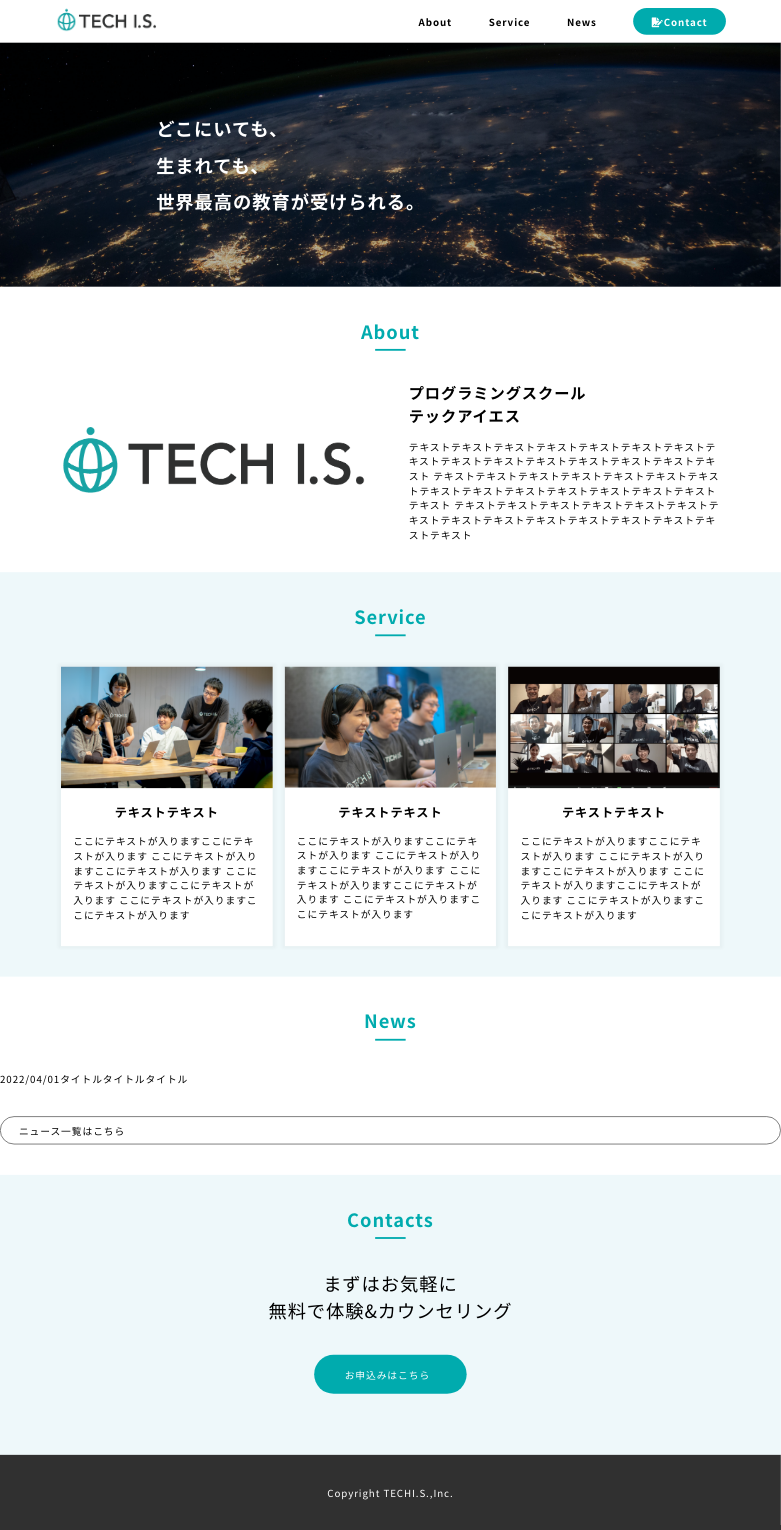
Repository: ryunoesta/lp-techis
Page: indx.html
These files come from the project's save history. The page is drawn as it stood at one moment and after the next save; the edit follows.
The browser window is 1280 px wide. The pictures show the whole page, at 61% of full size.

Above is the page before, as saved 2022-06-19 23:17:34.

### indx.html
<!DOCTYPE html>
<html lang="ja">
<head>
    <meta charset="UTF-8">
    <meta http-equiv="X-UA-Compatible" content="IE=edge">
    <meta name="viewport" content="width=device-width, initial-scale=1.0">
    <!-- reset css -->
    <link rel="stylesheet" href="./CSS/reset.css">
    <!-- style css -->
    <link rel="stylesheet" href="./CSS/style.css">
    <!-- fontawesome -->
    <link rel="stylesheet" href="https://use.fontawesome.com/releases/v5.15.1/css/all.css">
    <title>プログラミングスクール テックアイエス</title>
</head>
<body>
    <!-- header -->
    <header class="header">
        <h1 class="logo">
            <img src="./img/logo.png" alt="ロゴ画像">
        </h1>
        <ul class="menu-pc">
            <li><a href="#">About</a></li>
            <li><a href="#">Service</a></li>
            <li><a href="#">News</a></li>
            <!-- リンク先追加 -->
            <li><a href="contact"><i class="fas fa-file-signature"></i>Contact</a></li>
        </ul>
    </header>

    <!-- main -->
    <main>
        <!-- fv -->
        <section class="front-fv">
            <img src="./img/top1.png" alt="ファーストビュー">
            <h2>どこにいても、
                <br>
                生まれても、
                <br>
                世界最高の教育が受けられる。
            </h2>
        </section>

        <!-- about -->
        <section class="front-about">
            <h2 class="front-common__title">
                About
            </h2>
            <ul class="front-about__list">
                <li class="front-about__item"><img src="./img/logo.png" alt="ロゴ画像"></li>
                <li class="front-about__item">
                    <div class="front-about_txt">
                        <h3>
                            プログラミングスクール
                            <br>
                            テックアイエス
                        </h3>
                        <p>テキストテキストテキストテキストテキストテキストテキストテキストテキストテキストテキストテキストテキストテキストテキスト テキストテキストテキストテキストテキストテキストテキストテキストテキストテキストテキストテキストテキストテキストテキスト テキストテキストテキストテキストテキストテキストテキストテキストテキストテキストテキストテキストテキストテキストテキスト</p>
                    </div>
                </li>
            </ul>
        </section>

        <!-- service -->
        <section class="front-service">
            <div class="front-service__inner">
                <h2 class="front-common__title">
                    Service
                </h2>
                <ul class="front-service__list">
                    <li class="front-service__item">
                        <img src="./img/service1.png" alt="サービス１">
                        <h3>テキストテキスト</h3>
                        <p>
                            ここにテキストが入りますここにテキストが入ります ここにテキストが入りますここにテキストが入ります
                            ここにテキストが入りますここにテキストが入ります ここにテキストが入りますここにテキストが入ります
                        </p>
                    </li>
                    <li class="front-service__item">
                        <img src="./img/service2.png" alt="サービス２">
                        <h3>テキストテキスト</h3>
                        <p>
                            ここにテキストが入りますここにテキストが入ります ここにテキストが入りますここにテキストが入ります
                            ここにテキストが入りますここにテキストが入ります ここにテキストが入りますここにテキストが入ります
                        </p>
                    </li>
                    <li class="front-service__item">
                        <img src="./img/service3.png" alt="サービス３">
                        <h3>テキストテキスト</h3>
                        <p>
                            ここにテキストが入りますここにテキストが入ります ここにテキストが入りますここにテキストが入ります
                            ここにテキストが入りますここにテキストが入ります ここにテキストが入りますここにテキストが入ります
                        </p>
                    </li>
                </ul>
            </div>
        </section>

        <!-- news -->
        <section class="front-news">
            <h2 class="front-common__title">
                News
            </h2>
            <time datetime="2022/04/01"><span class="front-news__date">2022/04/01</span>タイトルタイトルタイトル</time>
            <div class="front-news__btn">ニュース一覧はこちら</div>
        </section>

        <!-- contact -->
        <section class="front-contact">
            <h2 class="front-common__title">
                Contacts
            </h2>
            <h3>
                まずはお気軽に
                <br>
                無料で体験&カウンセリング
            </h3>
            <div class="front-contact__btn">お申込みはこちら</div>
        </section>
    </main>

    <!-- footer -->
    <footer class="footer">
        <!-- footerはブロックレベル要素  -->
        <p>
            <small>Copyright TECHI.S.,Inc.</small>
        </p>
    </footer>
</body>
</html>

### CSS/reset.css
*, *::before, *::after {
    box-sizing: border-box;
}
html, body, div, span, applet, object, iframe, h1, h2, h3, h4, h5, h6, p, blockquote, pre, a,
abbr, acronym, address, big, cite, code, del, dfn, em, font, ins, kbd, q, s, samp, small, strike,
strong, sub, sup, tt, var, dl, dt, dd, ol, ul, li, fieldset, form, label, legend, table,
caption, tbody, tfoot, thead, tr, th, td {
    border: 0;
    font-size: 100%;
    font-weight: inherit;
    margin: 0;
    outline: 0;
    padding: 0;
    vertical-align: baseline;
}
body {
    width: 100%;
    height: 100%;
    margin: 0 auto;
    letter-spacing: 1.5px;
    line-height: 1.5;
}
img {
    width: 100%;
    height: 100%;
    top: 0;
    left: 0;
    object-fit: cover;
}
a {
    color: black;
    text-decoration: none;
}
ol, ul {
    list-style: none;
}
table {
    border-collapse: separate;
    border-spacing: 0;
}

### CSS/style.css
/* フォントの設定 */
@import url('https://fonts.googleapis.com/css2?family=Noto+Sans+JP&display=swap');
html, body {
    font-size: 16px;
    font-family: 'Noto Sans JP', sans-serif;
}

/* header */
.header {
    display: flex;
    align-items: center;
    justify-content: space-between;
    max-width: 1100px;
    height: 70px;
    margin: auto;
}

.logo img {
    width: 170px;
    height: auto;
}

.menu-pc {
    display: flex;
    align-items: center;
}

.menu-pc li {
    margin: 0 30px;
}

.menu-pc a {
    font-weight: bold;
}

.menu-pc li:last-child {
    margin-right: 0;
}

.menu-pc li:last-child a {
    display: block;
    color: #fff;
    background: #00abae;
    padding: 10px 30px;
    border-radius: 50px;
}

/* footer */
.footer {
    padding: 50px;  /* paddingにautoはない */
    background: #303030;
}

.footer p {
    color: #fff;
    text-align: center;
}

/* fv */
.front-fv {
    position: relative;
    height: 400px;
}

.front-fv h2 {
    position: absolute;
    top: 50%;
    -webkit-transform: translateY(-50%);
    -moz-transform: translateY(-50%);
    -ms-transform: translateY(-50%);
    -o-transform: translateY(-50%);
    transform: translateY(-50%);
    left: 20%;
    color: #fff;
    font-size: 30px;
    font-weight: bold;
    line-height: 2;
}

/* common */
.front-common__title {
    position: relative;
    font-size: 30px;
    font-weight: bold;
    color: #00abae;
    text-align: center;
    margin-bottom: 50px;
    padding-bottom: 10px;
}

.front-common__title::before {
    position: absolute;
    bottom: 0;
    left: 50%;
    transform: translateX(-50%);
    content: "";
    border-bottom: 3px solid #00abae;
    width: 50px;
}

/* about */
.front-about {
    max-width: 1100px;
    margin: 50px auto;
}

.front-about__list {
    display: flex;
    align-items: center;
    justify-content:center;
}

.front-about__item {
    width: 50%;
}

.front-about__item h3 {
    font-size: 25px;
    font-weight: bold;
}

.front-about__item p {
    margin-top: 20px;
}

.front-about__item:first-child{
    margin-right: 30px;
}

.front-about__item:last-child{
    margin-left: 30px;
}

/* service */
.front-service {
    padding: 50px 0;
    background: #eef8fa;
}

.front-service__inner {
    max-width: 1100px;
    margin: auto;
}

.front-service__list {
    display: flex;
}

.front-service__item {
    width: 33.333%;
    margin: 0 10px;
    background: #fff;
    box-shadow: 0 0 5px 5px rgb(0 0 0 / 3%);
}

.front-service__item img {
    width: 100%;
    height: auto;
}

.front-service__item h3 {
    margin: 20px;
    font-size: 20px;
    text-align: center;
    font-weight: bold;
}

.front-service__item p {
    padding: 0 20px 40px;
}

/* news */
.front-news {
    padding: 50px 0;
}

.front-news time {
    display: block;
    margin: 50px auto;
}

.front-news__btn {
    padding: 10px 30px;
    border: 1px solid #303030;
    border-radius: 50px;
}

/* contact */
.front-contact {
    padding: 50px 0;
    background: #eef8fa;
}

.front-contact h2 {
    text-align: center;
}

.front-contact h3 {
    text-align: center;
    font-size: 30px;
}

.front-contact__btn {
    color: #fff;
    background: #00abae;
    padding: 20px 50px;
    border-radius: 50px;
    width: 250px;
    margin: 50px auto;
}

After the next save:
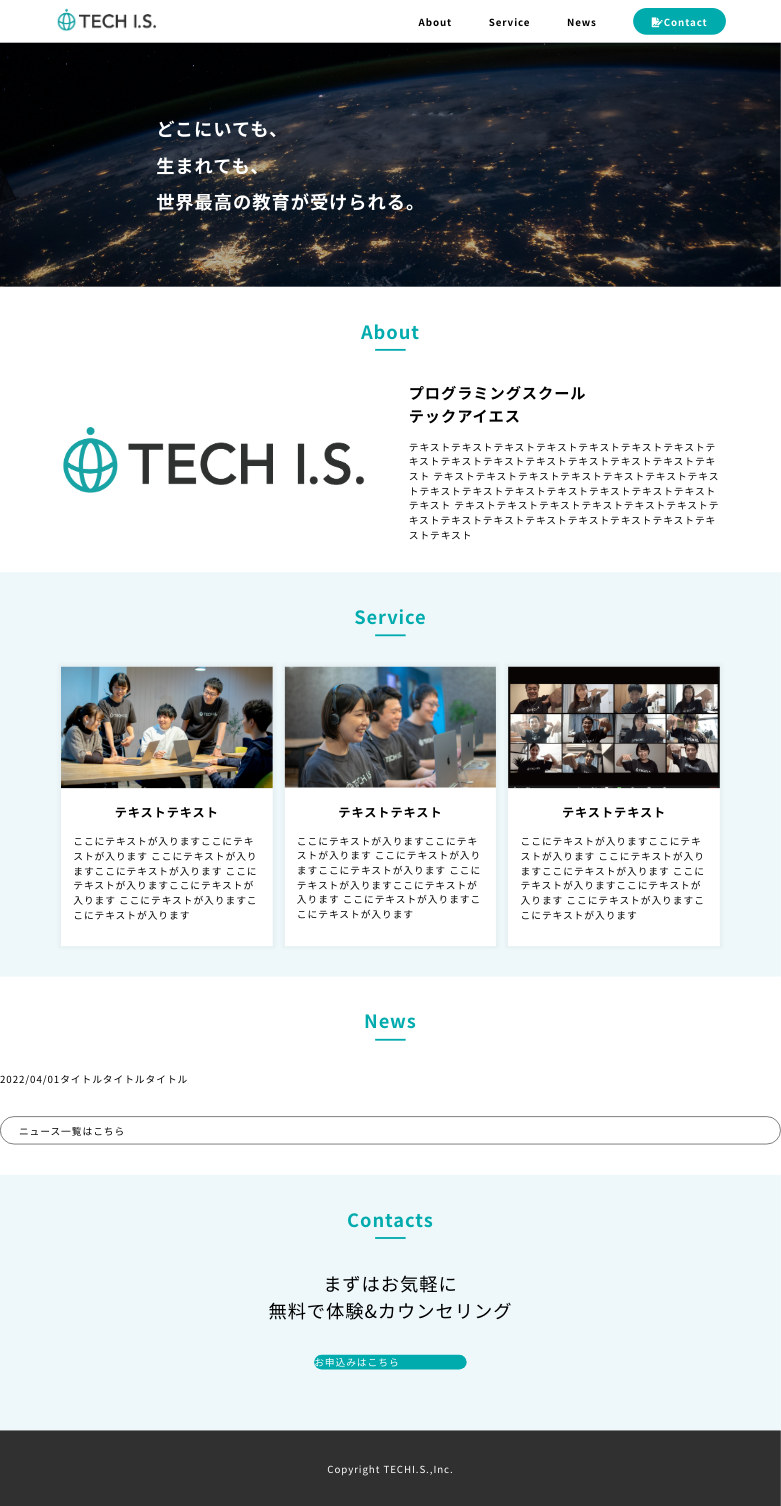
Saved 15 s later.
--- a/CSS/style.css
+++ b/CSS/style.css
@@ -203,7 +203,7 @@
 .front-contact__btn {
     color: #fff;
     background: #00abae;
-    padding: 20px 50px;
+    padding: 20px auto;
     border-radius: 50px;
     width: 250px;
     margin: 50px auto;

After the 2 saves that followed:
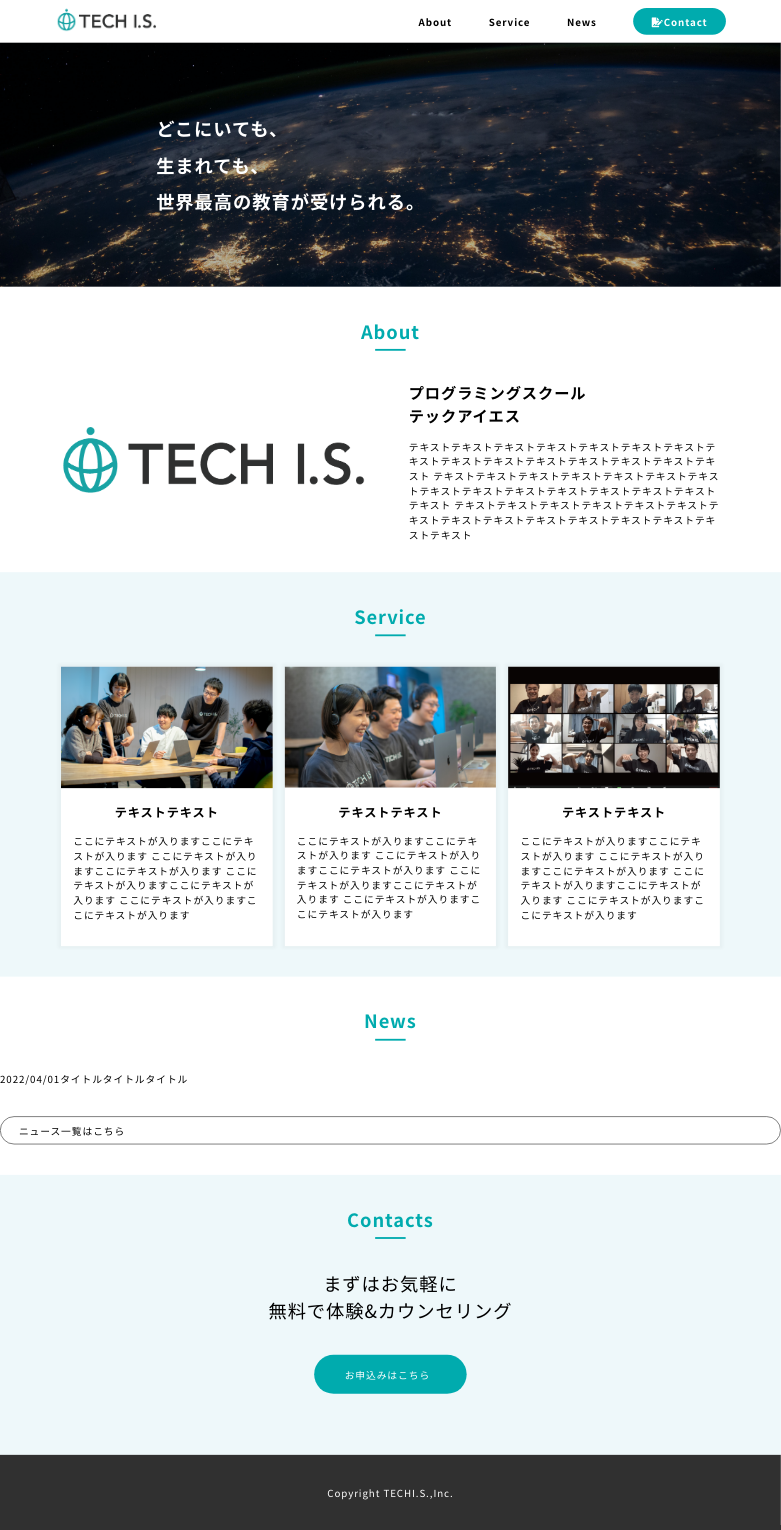
The 2 saves are shown as one change because they came seconds apart.
The last was saved 19 s later.
--- a/CSS/style.css
+++ b/CSS/style.css
@@ -203,7 +203,7 @@
 .front-contact__btn {
     color: #fff;
     background: #00abae;
-    padding: 20px auto;
+    padding: 20px 50px;
     border-radius: 50px;
     width: 250px;
     margin: 50px auto;
